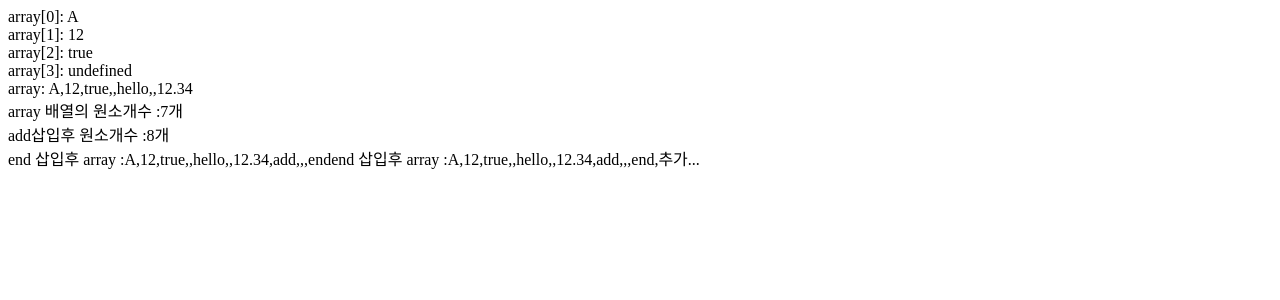
Repository: Jooheehan-kopo/web-workspace
Page: Lecture-web/WebContent/javascript/array/exam01.html
An editor plug-in stored every save of this project. The page is shown before and after the next save, followed by the edit.
The browser window is 1280 px wide. The pictures show the whole page.

Above is the page before, as saved 2021-06-14 00:24:26.

After the next save:
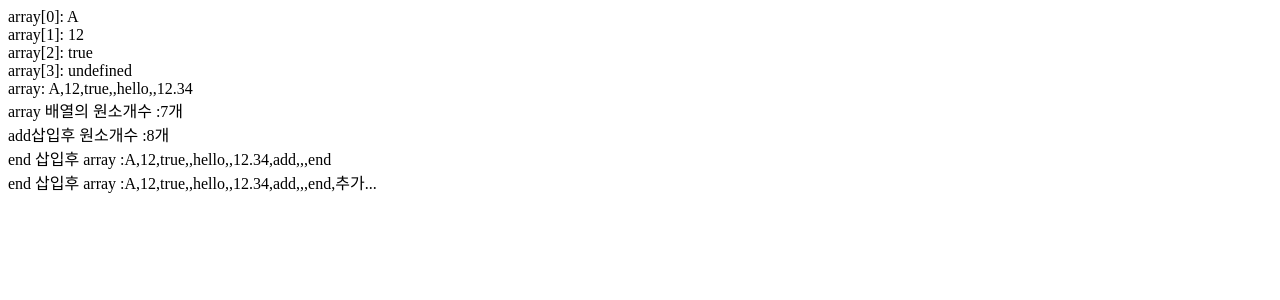
Saved 19 s later.
--- a/Lecture-web/WebContent/javascript/array/exam01.html
+++ b/Lecture-web/WebContent/javascript/array/exam01.html
@@ -16,10 +16,10 @@
 	array[7] ='add'
 	document.write('add삽입후 원소개수 :' +array.length+'개 <br>')
 	array[10] ='end'
-	document.write('end 삽입후 array :' +array)
+	document.write('end 삽입후 array :' +array+ '<br>')
 
 	array[array.length]='추가...'
-	document.write('end 삽입후 array :' +array)
+	document.write('end 삽입후 array :' +array+ '<br>')
 
 	</script>
 
